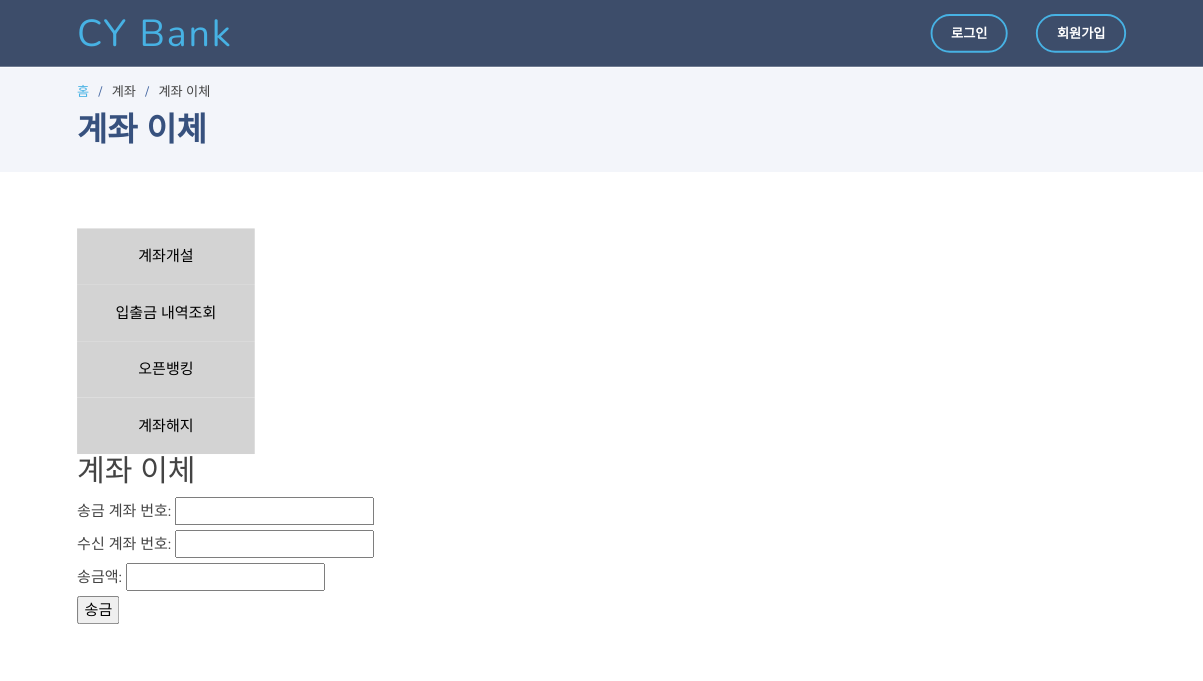
Repository: scy0814/Spring
Page: http://localhost/CYBank/jsp/transaction/Transaction.jsp
These files come from the project's save history. The page is drawn as it stood at one moment and after the next save; the edit follows.
The browser window is 1280 px wide. The pictures show the whole page, at 94% of full size.
The page is served by Tomcat 9.

Above is the page before, as saved 2023-06-28 02:04:47.

After the next save:
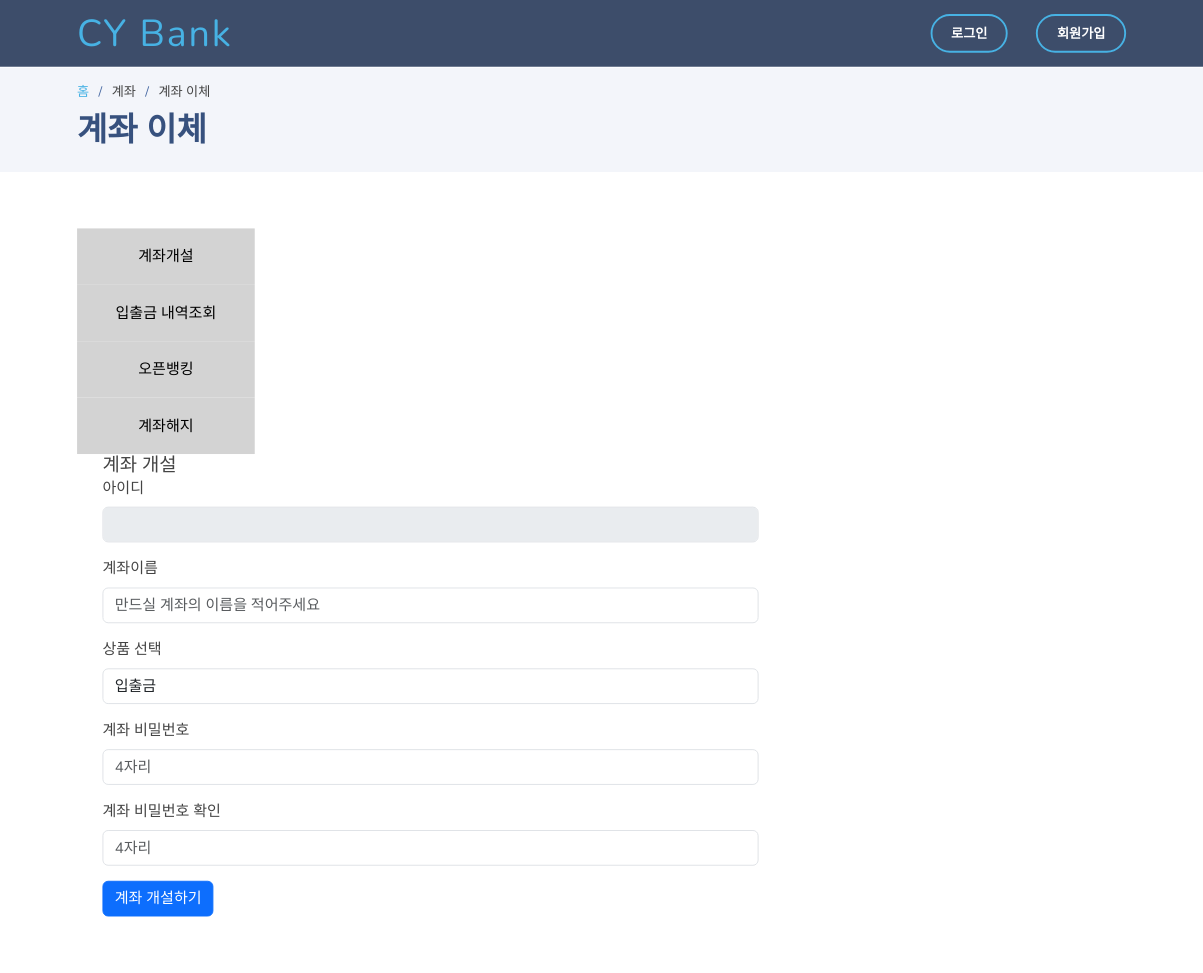
Saved 9 min 39 s later.
--- a/CYBank/src/main/webapp/jsp/transaction/Transaction.jsp
+++ b/CYBank/src/main/webapp/jsp/transaction/Transaction.jsp
@@ -66,24 +66,41 @@
   <form action="${pageContext.request.contextPath}/closeAccount.do" method="post">
     <button type="submit" class="button">계좌해지</button>
   </form>
-  <h2>계좌 이체</h2>
-  <form action="/transfer" method="post">
-    <div>
-      <label for="senderAccountNumber">송금 계좌 번호:</label>
-      <input type="text" id="senderAccountNumber" name="senderAccountNumber" required>
-    </div>
-    <div>
-      <label for="recipientAccountNumber">수신 계좌 번호:</label>
-      <input type="text" id="recipientAccountNumber" name="recipientAccountNumber" required>
-    </div>
-    <div>
-      <label for="amount">송금액:</label>
-      <input type="number" id="amount" name="amount" required>
-    </div>
-    <div>
-      <input type="submit" value="송금">
-    </div>
-  </form>
+
+  <form id="createAccountForm" class="createAccount" method="post">
+  <div class="container">
+      <div class="col-lg-8">
+            <h5 class="card-title">계좌 개설</h5>
+            <div class="form-group">
+              <label for="id">아이디</label>
+              <input type="text" name="id" value="${user.id}" readonly="readonly" disabled class="form-control">
+            </div>
+            <div class="form-group">
+              <label for="accountName">계좌이름</label>
+              <input type="text" name="accountName" placeholder="만드실 계좌의 이름을 적어주세요" required class="form-control">
+            </div>
+            <div class="form-group">
+              <label for="accountType">상품 선택</label>
+              <select name="accountType" class="form-control">
+                <option value="입출금">입출금</option>
+                <option value="적금">적금</option>
+                <option value="예금">예금</option>
+              </select>
+            </div>
+            <div class="form-group">
+              <label for="accountPW">계좌 비밀번호</label>
+              <input type="password" name="accountPW" id="accountPW" placeholder="4자리" maxlength="4" required class="form-control">
+            </div>
+            <div class="form-group">
+              <label for="accountPW2">계좌 비밀번호 확인</label>
+              <input type="password" name="accountPW2" id="accountPW2" placeholder="4자리" maxlength="4" required class="form-control">
+            </div>
+            <div id="error"></div>
+            <button type="button" onclick="showConfirmation('${pageContext.request.contextPath}')" class="btn btn-primary">계좌 개설하기</button>
+      </div>
+  </div>
+</form>
+
   </div>
   </section>
 <body>
